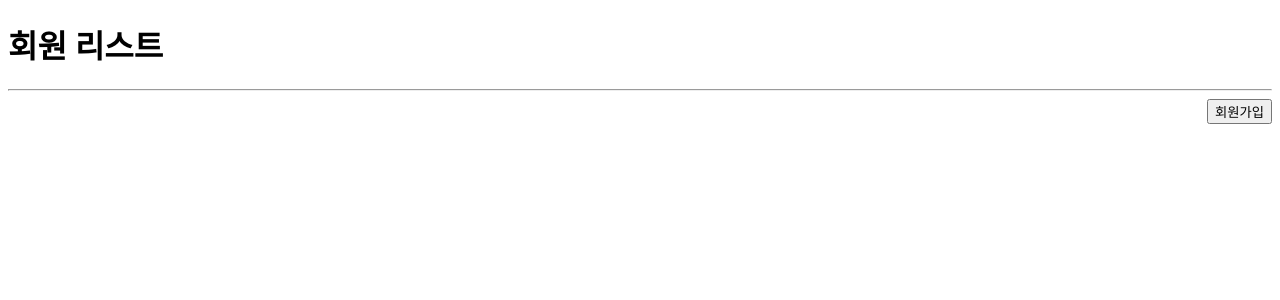
Repository: soo74/bitcamp2019_hs
Page: client_cf/WebContent/memberlist_and_delete_finish.html
These files come from the project's save history. The page is drawn as it stood at one moment and after the next save; the edit follows.
The browser window is 1280 px wide. The pictures show the whole page.
The page's requests for data from a server got no answer.

Above is the page before, as saved 2019-09-06 05:52:52.

### client_cf/WebContent/memberlist_and_delete_finish.html
<!DOCTYPE html>
<html>
<head>
<meta charset="UTF-8">
    <title>Insert title here</title>
    <script src="https://code.jquery.com/jquery-1.12.4.js"></script>
    <style>
        div#memberlist {
            overflow: hidden;
        }
        div.card {
            float: left;
            width: 33%;
            border: 1px solid #ddd;
        }
    </style>
</head>
<body>
	<h1>회원 리스트</h1>
	<hr>
    <div style="text-align: right"><button id="regBtn">회원가입</button></div>
	<div id="memberlist"></div>

    <div id="editFrame" style="display: none">

        <h3>회원정보 수정</h3>
        <hr>
        <form id="editForm" onsubmit="return false;" method="post" enctype="multipart/form-data">
            <input type="hidden" name="idx" id="idx">
            아이디 <input type="text" name="u_id" id="euId" readonly> <br>
            비밀번호 <input type="text" name="u_pw" id="euPW" required> <br>
            이름 <input type="text" name="u_name" id="euName" required><br>
            파일 <input type="file" name="u_photo" id="euPhoto" ><br>
            <input type="submit" value="회원수정" onclick="editSubmit();">

        </form>
    </div>

    <div id="regFrame" style="display: none">

        <h3>회원 가입</h3>
        <hr>
        <form id="form"  onsubmit="return false;" method="post" enctype="multipart/form-data">
            아이디 <input type="text" name="u_id" id="u_id" required> <br>
            비밀번호 <input type="text" name="u_pw" id="u_pw" required> <br>
            이름 <input type="text" name="u_name" id="u_name" required><br>
            파일 <input type="file" name="u_photo" id="u_photo" ><br>
            <input type="submit" value="회원가입" onclick="formSubmit();">

        </form>
    </div>





<script>
	$(document).ready(function(){
		list();


        $('#regBtn').click(function(){
            disNone();
            $('#regFrame').css('display', 'block');
        });





	});



    function formSubmit(){

        var formData = new FormData($('#form'));
//        formData.append('uId',$('#uId').val());
//        formData.append('uPW',$('#uPW').val());
//        formData.append('uName',$('#uName').val());
//        formData.append("uPhoto", $("#uPhpto")[0].files[0]);




        $.ajax({
                url : 'http://localhost:8080/mm/rest/members',
                data : formData,
                processData: false,
                contentType: false,
                success : function(data){
                    alert(data);
                    disNone();
                    list();
                }
            });
    }


    function editSubmit(){




            //alert($('#editForm').serialize());
            var editFormData = new FormData();
            editFormData.append('u_id',$('#euId').val());
            editFormData.append('u_pw',$('#euPW').val());
            editFormData.append('u_name',$('#euName').val());
            //editFormData.append("uPhoto", $("#euPhpto").files);


            alert('수정중');

            $.ajax({
                url : 'http://localhost:8080/mm/rest/members/'+$('#idx').val(),
                type : 'PUT',
                data : editFormData,
                success : function(data){
                    alert(data);
                    if(data == 'success') {
                        alert('수정되었습니다.');
                        $('#editFrame').css('display', 'none');
                        //list();
                    }
                },
                error : function(e){
                    alert('error');
                }
            });


            return false;


    }



    function del(idx){

        if(confirm('삭제하시겠습니까?')){
           $.ajax({
                url : 'http://localhost:8080/mm/rest/members/'+idx,
                type : 'DELETE',
                success : function(data){
                    //alert(JSON.stringify(data));
                    if(data=='SUCCESS'){
                        alert('삭제되었습니다');
                        list();
                    }
                }
            });


           }



    }

    function list(){


    	$.ajax({
			url : 'http://localhost:8080/mm/rest/members',
			type : 'GET',
			success : function(data){

                var html = '';

                for(var i=0; i<data.length;i++){
                    html += '<div class="card">\n';
                    html += 'idx : ' + data[i].idx +' <br>\n';
                    html += '아이디      : ' + data[i].u_id +' <br>\n';
                    html += '이름(닉네임) : ' + data[i].u_name +' <br>\n';
                    html += '사진 : ' + data[i].u_photo +' <br>\n';
                    html += '이메일인증여부 : ' + data[i].verify + ' <br>\n';
                    html += '가입일자 : ' + data[i].regDate + ' <br>\n';
                    html += '<button onclick="del('+ data[i].idx +')">삭제하기</button><br>\n';
                    html += '<button onclick="editPreSet('+ data[i].idx +')">수정하기</button><br>\n';
                    html += '</div>\n';
                }

                $('#memberlist').html(html);
			}

            });
         }



    function editPreSet(idx){

        disNone();

        $('#editFrame').css('display', 'block');

           $.ajax({
                url : 'http://localhost:8080/mm/rest/members/'+idx,
                type : 'GET',
                success : function(data){
                    $('#eidx').val(idx);
                    $('#euId').val(data.u_id);
                    $('#euName').val(data.u_name);
                }
            });




    }
    function disNone() {
        $('#regFrame').css('display', 'none');
        $('#editFrame').css('display', 'none');
    }


</script>







</body>
</html>

After the next save:
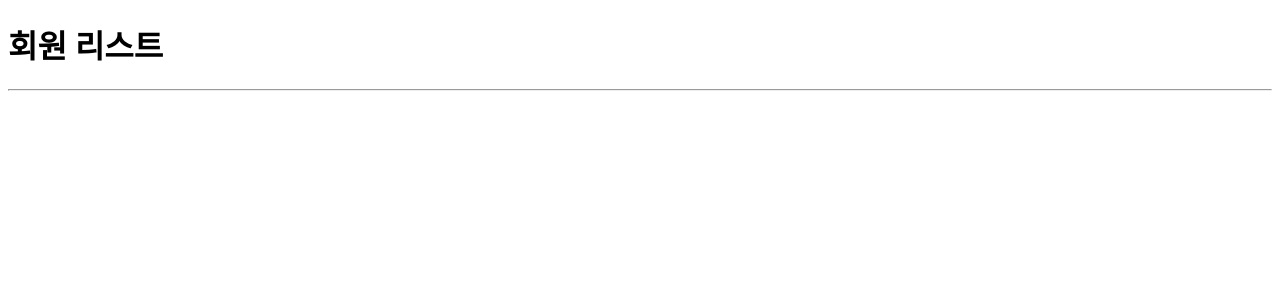
Saved 8 min 6 s later.
--- a/client_cf/WebContent/memberlist_and_delete_finish.html
+++ b/client_cf/WebContent/memberlist_and_delete_finish.html
@@ -18,7 +18,6 @@
 <body>
 	<h1>회원 리스트</h1>
 	<hr>
-    <div style="text-align: right"><button id="regBtn">회원가입</button></div>
 	<div id="memberlist"></div>
 
     <div id="editFrame" style="display: none">
